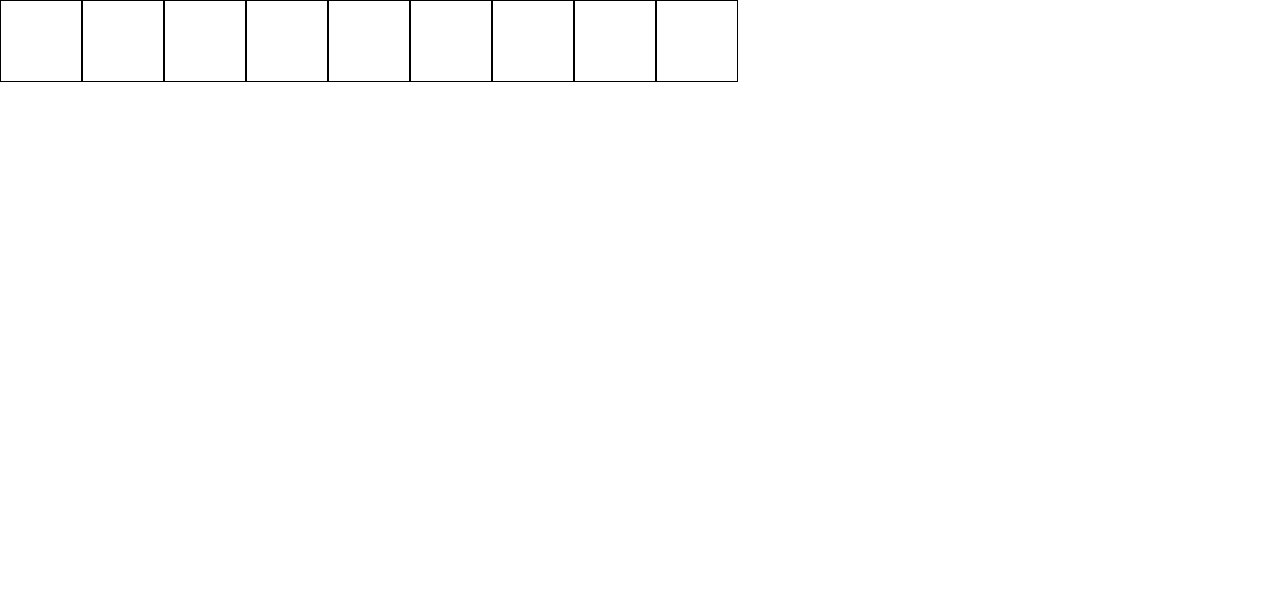
Repository: lidkaa/devTasks
Page: 0. Zadania Testowe/zadania/FlexboxCentered.html
These files come from the project's save history. The page is drawn as it stood at one moment and after the next save; the edit follows.
The browser window is 1280 px wide. The pictures show the whole page.

Above is the page before, as saved 2022-01-31 13:02:54.

### 0. Zadania Testowe/zadania/FlexboxCentered.html
<!DOCTYPE html>
<html lang="en">
<head>
    <meta charset="UTF-8">
    <meta http-equiv="X-UA-Compatible" content="IE=edge">
    <meta name="viewport" content="width=device-width, initial-scale=1.0">
    <link rel="stylesheet" type="text/css" href="flexboxcentered.css">
    <title>Document</title>
</head>
<body>
    <div class="presentation">
        <ul class="cells">
            <li class="cell">
                <img/>
            </li>
            <li class="cell">
                <img/>
            </li>
            <li class="cell">
                <img/>
            </li>
            <li class="cell">
                <img/>
            </li>
            <li class="cell">
                <img/>
            </li>
            <li class="cell">
                <img/>
            </li>
            <li class="cell">
                <img/>
            </li>
            <li class="cell">
                <img/>
            </li>
            <li class="cell">
                <img/>
            </li>
        </ul>
    </div>
</body>
</html>

### 0. Zadania Testowe/zadania/flexboxcentered.css
* {
    margin: 0;
    padding: 0;
}

.presentation {
    position: fixed;
    height: 100vh;
    width: 100vw;
}

.cells {
    display: flex;
    list-style-type: none;
}

.cell {
    height: 5em;
    width: 5em;
    border: 1px solid black;
}

After the next save:
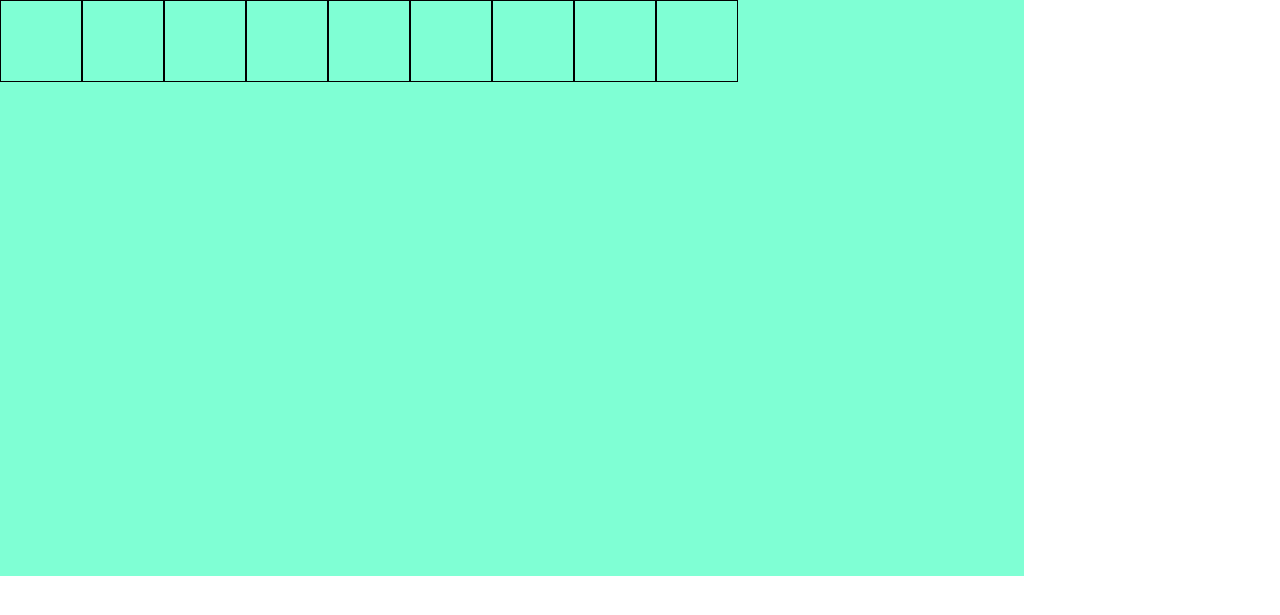
Saved 66 s later.
--- a/0. Zadania Testowe/zadania/flexboxcentered.css
+++ b/0. Zadania Testowe/zadania/flexboxcentered.css
@@ -12,6 +12,9 @@
 .cells {
     display: flex;
     list-style-type: none;
+    height: 80vh;
+    width: 80vw;
+    background-color: aquamarine;
 }
 
 .cell {
